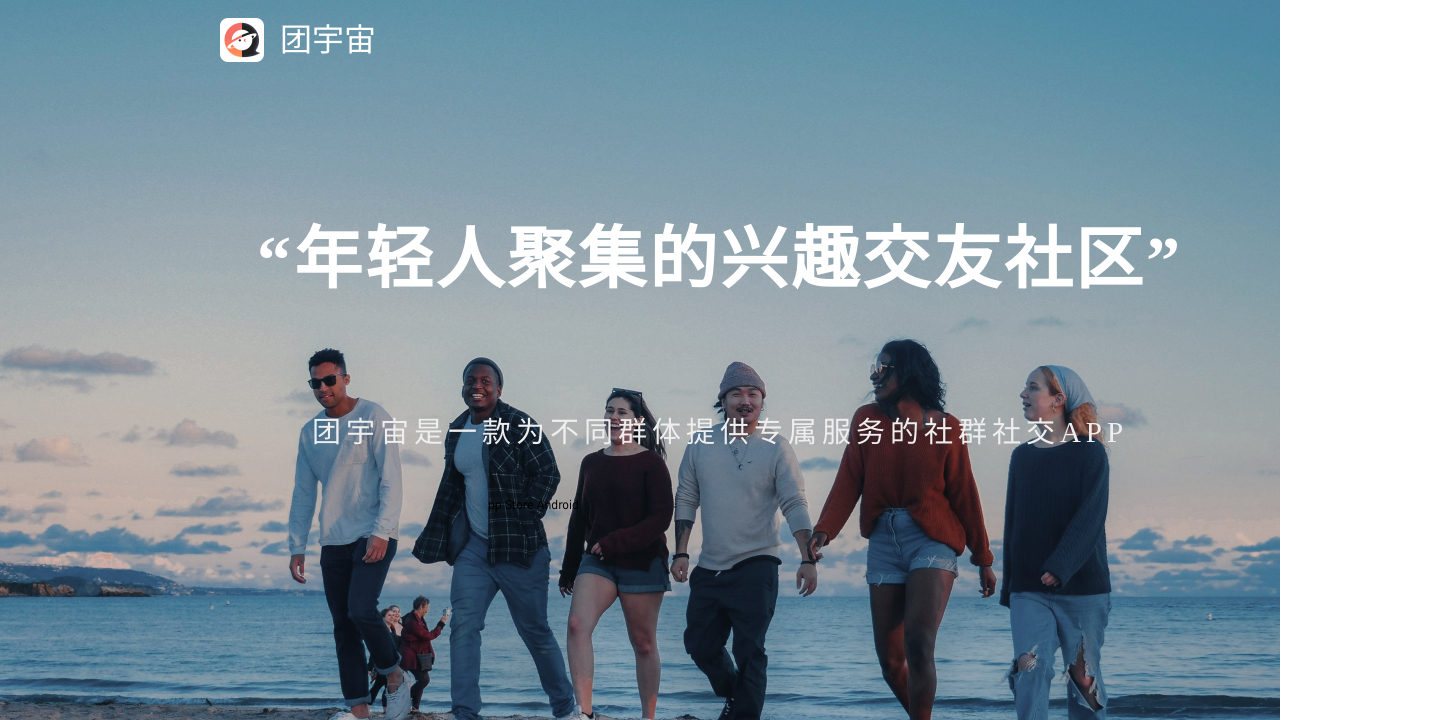
Repository: SanpLee/tyz
Page: homePage/index.html
The author's editor kept a copy of each file at every save. The page is drawn from the files as they stood at one save, then again after the next save.
The browser window is 1280 px wide. The page is 1440 px wide, so the pictures cover 1440 px, including what lies to the right of the window. The pictures show the whole page.

Above is the page before, as saved 2022-05-25 17:11:50.

### homePage/index.html
<!DOCTYPE html>
<html lang="en">
<head>
    <meta charset="UTF-8">
    <meta http-equiv="X-UA-Compatible" content="IE=edge">
    <meta name="description" content="团宇宙是一款为不同群体提供专属服务的社群社交APP，年轻人聚集的兴趣交友社区">
    <link rel="shortcut icon" href="/favicon.ico" type="image/x-icon">
    <title>团宇宙</title>
    <link href="css/index.css" rel="stylesheet">
</head>
<body>
    <div class="bg">
        <div class="main">
            <div class="sc-top clearfix">
                <div class="logo left"></div>
                <div class="name left">团宇宙</div>
            </div>
            <div class="sc-des1">“年轻人聚集的兴趣交友社区”</div>
            <div class="sc-des2">团宇宙是一款为不同群体提供专属服务的社群社交APP</div>
            <div class="sc-use">
                <span class="app"><b></b>pp Store</span>
                <span class="app"><b></b>Android</span>
                <span class="qr"><b></b></span>
            </div>
        </div>
    </div>

    <script type="text/javascript">
        // 设置元素高度为浏览器可视区域高度
        document.querySelectorAll('.main')[0].style.height= document.documentElement.clientHeight + 'px'
    </script>
</body>
</html>

### homePage/css/index.css
* {
  padding: 0;
  margin: 0;
}
body {
  font: 12px/1.5 Microsoft YaHei,Heiti SC,tahoma,arial,Hiragino Sans GB,"\5B8B\4F53",sans-serif;
  background: #fff;
  color: #000;
}
ol,ul,li {
  list-style: none;
}
img {
  vertical-align: top;
  border: 0;
}

input::-moz-focus-inner {
  border-color: transparent !important;
}

table {
  border-collapse: collapse;
  table-layout: fixed;
  word-break: break-all; /*固定表格宽度，不被撑开*/
}

input[type="button"]:hover,input[type="submit"]:hover {
  cursor: pointer;
}

.left{
    float: left;
}
.right{
    float: right;
}
/*清除浮动*/
.clearfix:after {
  content: "020";
  display: block;
  height: 0;
  clear: both;
  visibility: hidden;
}
.clearfix {
  /* 触发 hasLayout */
  zoom: 1;
}
/* rest css end */

/* page css */
.bg{
  width: 100%;
  height: 100%;
  background-image: url(../images/bg.jpg);
  background-color: white;
  background-position: center top;
  background-repeat: no-repeat;
}
.main {
  width:1440px;
  height: 100%;
  margin: 0 auto;
}
.sc-top {
   padding: 18px 0 0 220px;
}
.sc-top .logo{
    width: 44px;
    height: 44px;
    background-image: url(../images/ic_logo.png);
    background-repeat: no-repeat;
}
.sc-top .name{
    font-size: 32px;
    font-family: Noto Sans SC-Medium, Noto Sans SC;
    font-weight: 500;
    color: #FFFFFF;
    height: 44px;
    line-height: 44px;
    padding-left: 16px;
}
.sc-des1{
    padding-top:158px;
    height: 95px;
    font-size: 68px;
    font-family: PingFang SC-Semibold, PingFang SC;
    font-weight: 600;
    color: #FFFFFF;
    line-height: 80px;
    letter-spacing: 3px;
    text-align: center;
}
.sc-des2{
    padding-top:100px;
    height: 41px;
    font-size: 29px;
    font-family: PingFang SC-Regular, PingFang SC;
    font-weight: 400;
    color: #EEEEEE;
    line-height: 34px;
    letter-spacing: 5px;
    text-align: center;
}
.sc-use{
    width: 464px;
    margin: 40px auto 0;
}
.sc-use span{}

After the next save:
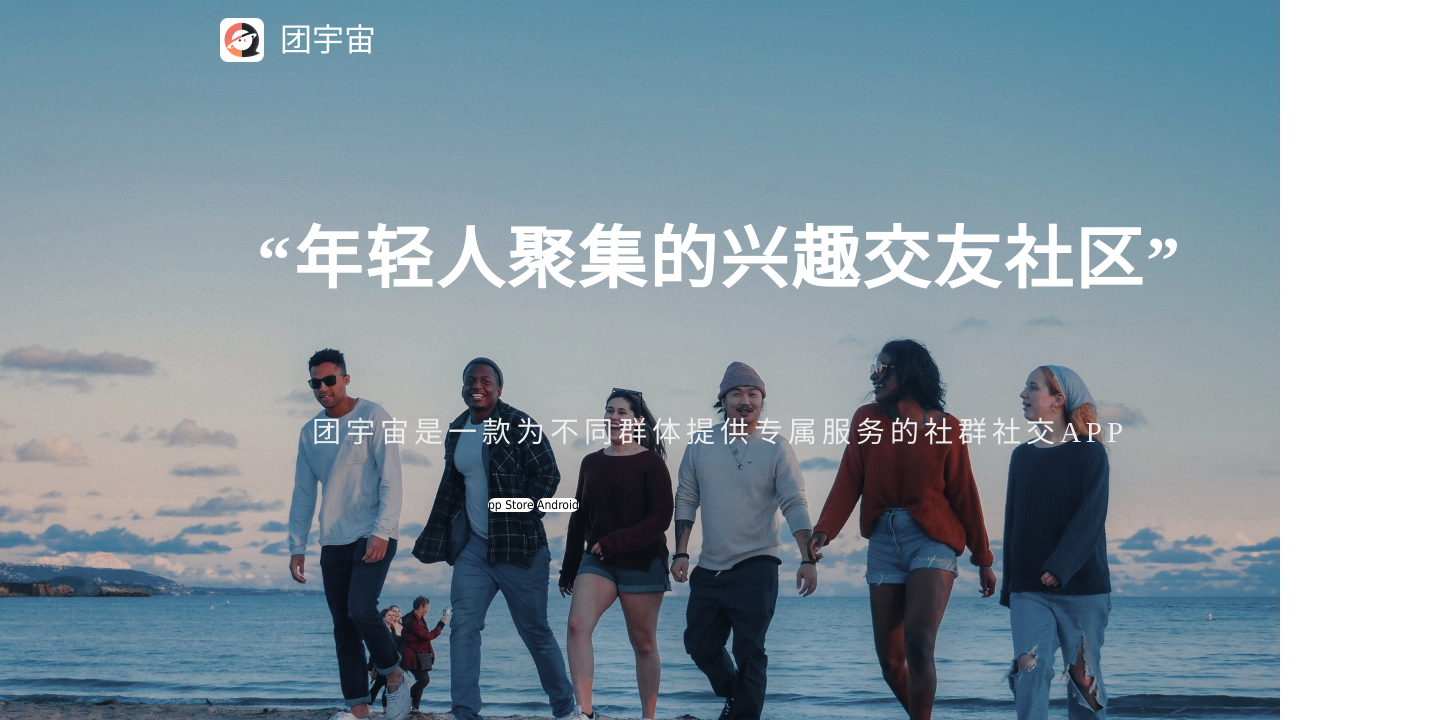
Saved 53 s later.
--- a/homePage/css/index.css
+++ b/homePage/css/index.css
@@ -107,4 +107,8 @@
     width: 464px;
     margin: 40px auto 0;
 }
-.sc-use span{}
+.sc-use span{
+    height: 56px;
+    background: #FFF;
+    border-radius: 10px;
+}
